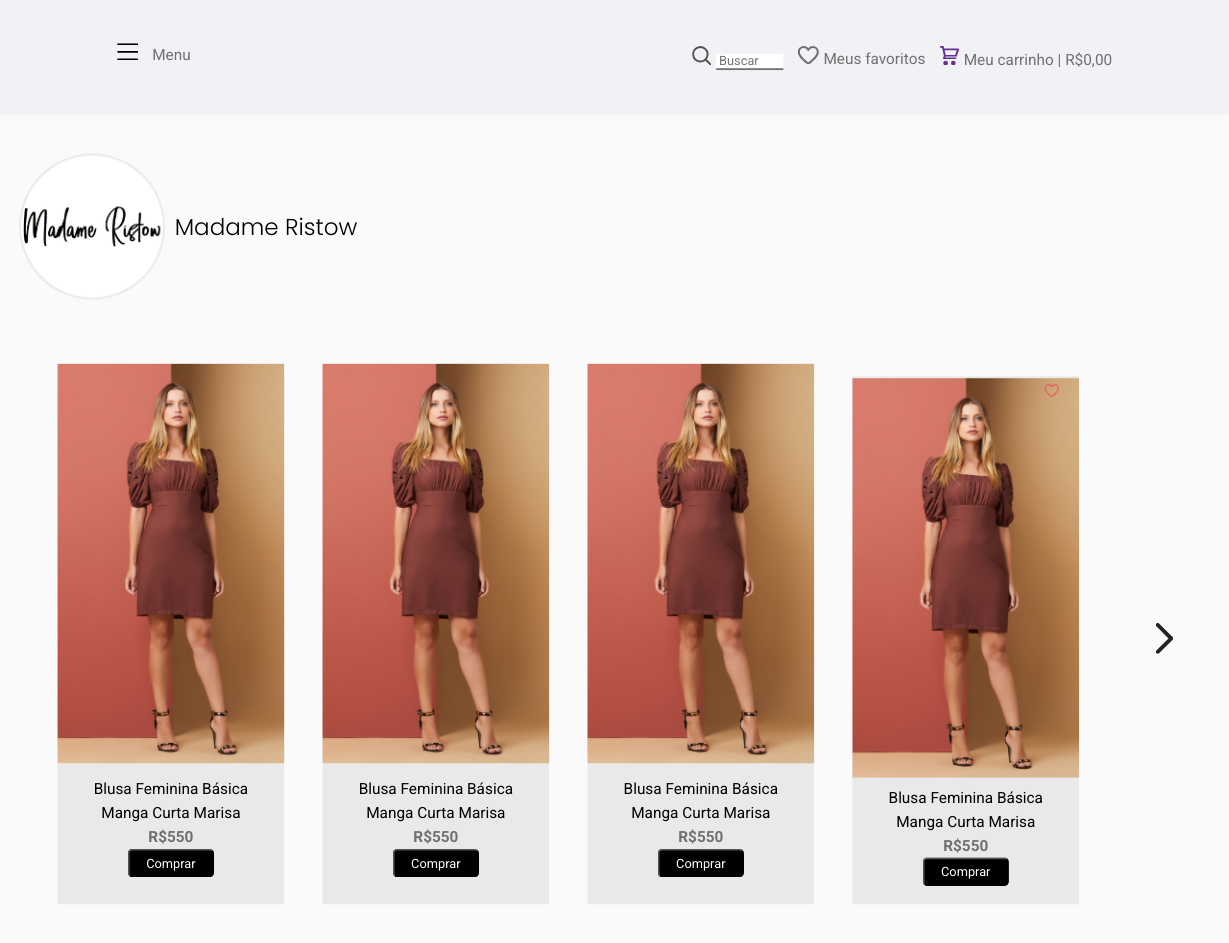
Repository: gutobarbosa/FrontEndLojaVirtual
Page: /
These files come from the project's save history. The page is drawn as it stood at one moment and after the next save; the edit follows.
The browser window is 1280 px wide. The pictures show the whole page, at 96% of full size.
The project was rebuilt for these pictures with package versions that can differ from the ones it lists, and the page was loaded fresh each time. Also part of the build but not shown: src/pages/Repository/styles.ts, src/services/api.ts, src/pages/Repository/index.tsx.

Above is the page before, as saved 2020-11-20 22:58:02.

### public/index.html
<!DOCTYPE html>
<html lang="en">
  <head>
    <meta charset="utf-8" />
    <meta name="viewport" content="width=device-width, initial-scale=1" />
    <meta name="theme-color" content="#000000" />

    <title></title>
    <link href="https://fonts.googleapis.com/css2?family=Roboto:wght@400;700&display=swap" rel="stylesheet">
    <link rel="preconnect" href="https://fonts.gstatic.com">
    <link rel="preconnect" href="https://fonts.gstatic.com">
<link href="https://fonts.googleapis.com/css2?family=Poppins:ital,wght@0,300;0,400;1,200&display=swap" rel="stylesheet">
</head>
  <body>
    <noscript>You need to enable JavaScript to run this app.</noscript>
    <div id="root"></div>

  </body>
</html>

### src/App.tsx
import React from 'react';
import { BrowserRouter as Router } from 'react-router-dom';

import Routes from './routes';

import GlobalStyle from '../src/styles/global';

const App: React.FC = () => (
  <>
    <GlobalStyle />
    <Router>
      <Routes />
    </Router>
  </>
);

export default App;

### src/routes/index.tsx
import React from 'react';
import {Switch, Route} from 'react-router-dom';

import Dashboard from '../pages/Dashboard';
import Repository from '../pages/Repository';

// rota da url, nesse caso a nossa rota atual é a raiz então vai apenas a / e o componente é que sera acessado através desse endereço url
const Routes: React.FC = () =>{
    return (
        <Switch>
            <Route path="/" exact component={Dashboard} />
            <Route path="/repositories/:repository+" component={Repository} />
        </Switch>
    );
}

export default Routes;

### src/styles/global.ts
import { createGlobalStyle } from 'styled-components';

export default createGlobalStyle`
  * {
    margin: 0;
    padding: 0;
    outline: 0;
    box-sizing: border-box;
  }

  body {
    background: #FAFAFA ;
    -webkit-font-smoothing: antialiased

  }

  body, input, button {
    font-family: 'Roboto', sans-serif;
    max-width: 1500vw;
  }

  button {
    cursor: pointer;
  }
`;

### src/pages/Dashboard/index.tsx
/* eslint-disable no-undef */

import React from "react";
import { Container, ContainerProducts } from "./styles";
import lefticon from '../../assets/avatar 152 x 152px.png';
import productimage from '../../assets/image-product.png';
import arrownext from '../../assets/arrowNext.svg';
import iconheart from '../../assets/iconHeart.svg';

import Header from '../../components/Header';

//import { Container, CardContainer, Card, TableContainer } from './styles';

const Dashboard: React.FC = () => {

  return (
    <>
    <Header/>
    <Container>
    <img src={lefticon} alt="Hamburguer" />
    <h3>Madame Ristow</h3>
    </Container>
    <ContainerProducts>
        <div className="productBox">
            <div className="productImage">
            <img src={productimage} alt="Product" />
            </div>
            <div className="productinformation">
            <p>Blusa Feminina Básica Manga Curta Marisa<br/></p>
                <p className ="bold">R$550 <br/></p>
                <div className="buttonBuy">
                    <button>Comprar</button>
                </div>
            </div>
        </div>
        <div className="productBox">
            <div className="productImage">
            <img src={productimage} alt="Product" />
            </div>
            <div className="productinformation">
            <p>Blusa Feminina Básica Manga Curta Marisa<br/></p>
                <p className ="bold">R$550 <br/></p>
                <div className="buttonBuy">
                    <button>Comprar</button>
                </div>
            </div>
        </div>
        <div className="productBox">
            <div className="productImage">
            <img src={productimage} alt="Product" />
            </div>
            <div className="productinformation">
            <p>Blusa Feminina Básica Manga Curta Marisa<br/></p>
                <p className ="bold">R$550 <br/></p>
                <div className="buttonBuy">
                    <button>Comprar</button>
                </div>
            </div>
        </div>
        <div className="productBox">
            <div className="productImage">
                <div className="iconHeart">
                <img src={iconheart} alt="Product" />
            </div>
            <img src={productimage} alt="Product" />

            </div>
            <div className="productinformation">
                <p>Blusa Feminina Básica Manga Curta Marisa<br/></p>
                <p className ="bold">R$550 <br/></p>
                <div className="buttonBuy">
                    <button>Comprar</button>
                </div>
            </div>
        </div>
        <div className="arrowNext">
            <img src={arrownext} alt="arrownext" />
        </div>
    </ContainerProducts>
    </>
  );
};

export default Dashboard;

### src/pages/Dashboard/styles.ts
import styled from 'styled-components';
/*
interface CardProps {
  total?: boolean;
}*/

export const Container = styled.div`
  width: 100%;
  max-width: 1600px;
  margin: 0 auto;
  padding: 40px 20px;
  display: flex;
  align-items: center;


    img {
        justify-content: flex-start;
    }

    h3 {
        color: black;
        margin-left: 10px;
        font-family: 'Poppins', sans-serif;
        font-size: 24px;
        font-weight: 300;
    }
`;
export const ContainerProducts = styled.div`
width: 100%;
max-width: 1600px;
margin: 0 auto;
padding: 40px 20px;
display: flex;
align-items: center;

    .productBox {
        width: 236px;
        height: 550px;
        margin-left: 40px;
        background: #E9E9E9;
    }
    .productinformation {
        max-width: 250px;
        max-height: 150px;
    }
    .productImage{
        max-width: 236px;
        max-height: 416px;
    }
    .productImage img {
        width: 100%;
        height: 416px;
        margin-top: -13px;
    }

    .arrowNext {
        margin-left: 80px;
    }
    .productinformation{
        width: 200px;
        size: 20px;
        justify-content: center;
        margin: 0 auto;
        margin-top: 10px;
    }
    .productinformation p{
        text-align: center;
        line-height: 25px;
    }
    .buttonBuy {
        width: 100%;
        margin: 0 auto;
        text-align: center;
    }
    .productinformation button{
        background: black;
        color: white;
        width: 90px;
        height: 30px;
        border-radius: 5px;
        cursor: pointer;
    }

    .bold{
        color: #707070;
        font-weight: bold;
    }
    .iconHeart{
        width: 15px;
        height: 15px;
        position: relative;
        top: -180px;
        left: 200px;
    }
`;

### src/components/Header/index.tsx
import React from 'react';

//import { Link } from 'react-router-dom';
import hamburguerBars from '../../assets/hamburguer.svg';
import searchicon from '../../assets/searchIcon.svg';
import favoriteicon from '../../assets/favoriteIcon.svg';
import mycaricon from '../../assets/mycarIcon.svg'
import { Container, ContainerHeader, ContentLeft, ContentRight } from '../Header/styles';




const Header: React.FC = () => (
  <Container>
    <ContainerHeader>
    <header>
      <ContentLeft>
        <div className="menuTotal">
          <img src={hamburguerBars} alt="Hamburguer" />
          <span className="menu">Menu</span>
        </div>
      </ContentLeft>
      <ContentRight>
        <div className="searchTotal">
          <img src={searchicon} alt="Hamburguer" />
          <input placeholder=" Buscar" type="text"/>
        </div>
        <div className="favoritesTotal">
          <img src={favoriteicon} alt="Favorite" />
          <span>Meus favoritos</span>
        </div>
        <div className="MycarTotal">
          <img src={mycaricon} alt="Mycar" />
          <span>Meu carrinho | R$0,00</span>
        </div>
      </ContentRight>
    </header>
    </ContainerHeader>
  </Container>
);

export default Header;

### src/components/Header/styles.ts
import styled from 'styled-components';
/*
interface ContainerProps {
  size?: 'small' | 'large';
}*/

export const Container = styled.div`
  background: #F0F2F5;
  padding: 30px;
  width: 100%;

  header {
    height: 60px;
    margin: 0 auto;
    display: flex;
    align-items: center;
    justify-content: space-between;
  }

  span {
    color: #707070;
    text-align: left;
    opacity: 1;
    margin-left: 25px;
    cursor: pointer;
  }
  .menu{
    margin-left: 10px;

  }
  input {
    border-left: 0px solid black;
    border-right: 0px solid black;
    border-top: 0px solid black;
    width: 70px;
  }

   img {
    margin-right: 5px;
   }

   .menuTotal{
     width:100px;
     height:30px;
     cursor:pointer;
   }

   .menuTotal:hover{
    opacity: 0.5;
  }
`;

export const ContainerHeader = styled.div`
width: 85%;
margin: 0 auto;
`;


export const ContentLeft = styled.div`

`;

export const ContentRight = styled.div`
  display: flex;
  margin-left: 20px;
  .favoritesTotal img {
        margin-right: -20px;
        margin-left: 15px
    }

    .favoritesTotal:hover{
        cursor:pointer;
        opacity: 0.7;
    }

    .MycarTotal img {
        margin-right: -20px;
        margin-left: 15px
    }

    .MycarTotal:hover{
        cursor:pointer;
        opacity: 0.7;
    }


`;

Loaded but not shown: src/index.tsx (common file)

After the next save:
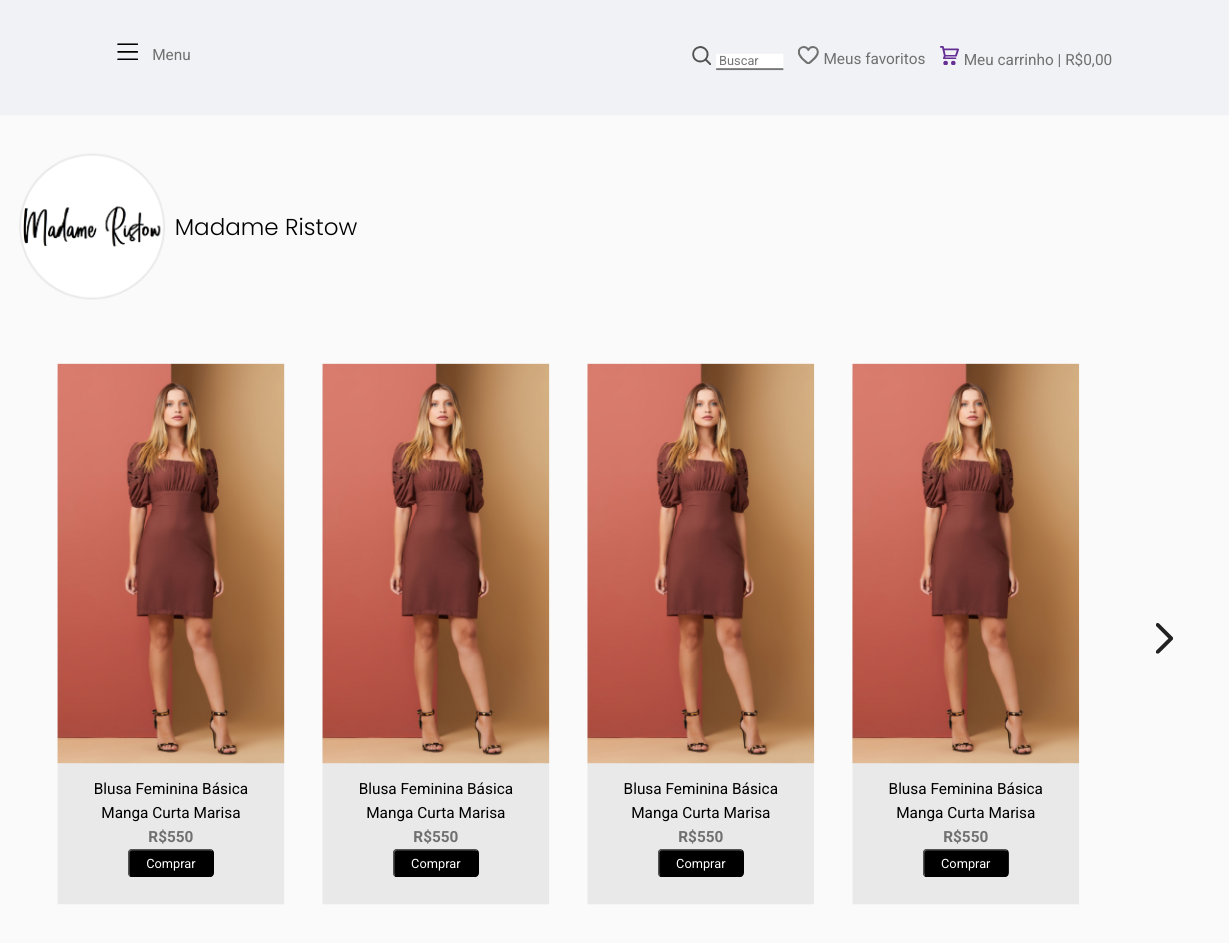
Saved 74 s later.
--- a/src/pages/Dashboard/index.tsx
+++ b/src/pages/Dashboard/index.tsx
@@ -59,9 +59,6 @@ const Dashboard: React.FC = () => {
         </div>
         <div className="productBox">
             <div className="productImage">
-                <div className="iconHeart">
-                <img src={iconheart} alt="Product" />
-            </div>
             <img src={productimage} alt="Product" />
 
             </div>
